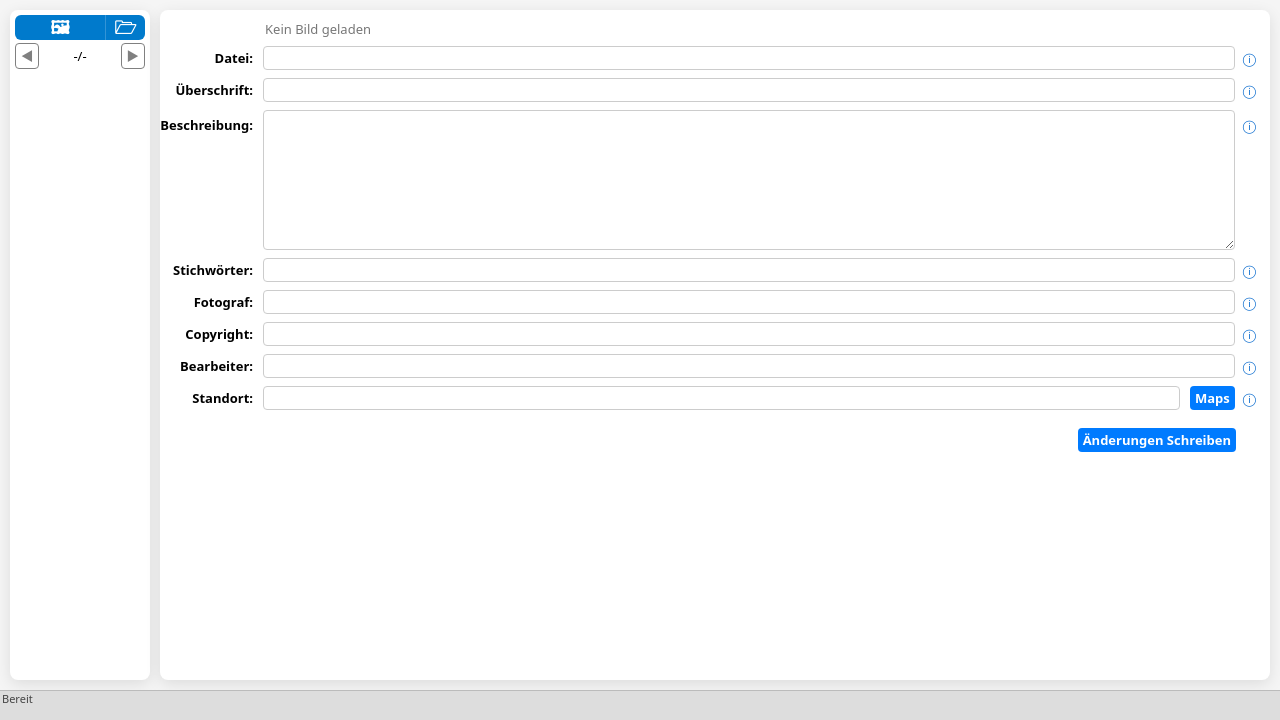
Repository: h-fahle/metadata
Page: ui/index.html
These files come from the project's save history. The page is drawn as it stood at one moment and after the next save; the edit follows.
The browser window is 1280 px wide. The pictures show the whole page.

Above is the page before, as saved 2026-08-22 17:19:16.
Console error: TypeError: Cannot read properties of undefined (reading 'core')

### ui/index.html
<!DOCTYPE html>
<html lang="de">

<head>
	<meta charset="UTF-8">
	<title>Tauri ExifTool Test</title>
	<script src="script.js" defer></script>
	<link rel="stylesheet" href="style.css">
</head>

<body>

	<main id="main-container">

		<!-- Das Vorschaubild links -->
		<aside id="sidebar">

			<!-- <button id="file-open" onclick="waehleUndLadeBilder()">Datei öffnen</button> -->
			<div class="split-button-container">
				<!-- isFolder = false, selectMultiple = true -->
				<button class="open-files" onclick="waehleUndLadeBilder(false, true)">&#128444;</button>
				<!-- isFolder = true, selectMultiple = false -->
				<button class="open-folder" onclick="waehleUndLadeBilder(true, false)">&#x1F5C1;</button>
			</div>

			<div id="nav">
				<button class="blaettern" onclick="blaettern(-1)">◄</button>
				<span id="img-nummer">-/-</span>
				<button class="blaettern" onclick="blaettern(1)">►</button>
			</div>

			<!--<select id="menue-oeffnen" onchange="menueAktion(this)" >
				<option value="dateien">🖼️ Bilder öffnen...</option>
				<option value="ordner">📁 Ordner öffnen...</option>
			</select>
 -->
			<img id="vorschau-bild" src="" style="display:none;" />
			<div id="bild-info" style="text-align:center;">
				<span id="img-datum"></span><br>
				<span id="img-groesse"></span>
			</div>
		</aside>

		<!-- Das Formular rechts -->
		<section id="form-container">

			<div id="ordner-pfad">Kein Bild geladen</div>

			<div class="form-row">
				<label for="filename">Datei:</label>
				<input type="text" id="filename" name="filename" style="font-weight:bold;"/>
				<div class="tooltip-container">
					<span class="info-icon">ⓘ</span>
					<div class="tooltip-box">Im Einzelmodus: Änderung des Dateinamens bewirkt Umbenennung der Datei.
						Im Stapelmodus: Ordnername is nicht änderbar.!
					</div>
				</div>
			</div>

			<div class="form-row">
				<label for="caption">Überschrift:</label>
				<input type="text" id="caption" name="caption" />
				<div class="tooltip-container">
					<span class="info-icon">ⓘ</span>
					<div class="tooltip-box">Auch: (Dokument-)Titel, Schlagzeile, Headline
					</div>
				</div>
			</div>

			<div class="form-row form-row-top">
				<label for="description">Beschreibung:</label>
				<textarea id="description" name="description"></textarea>
				<div class="tooltip-container">
					<span class="info-icon">ⓘ</span>
					<div class="tooltip-box">Beschreibender Text in beliebiger Länge.
						(Im Stapelmodus wird der eingegebene Text
						&nbsp;&nbsp; an vorhandenen angehängt.)
						Hinweis: Einige Programme zeigen nur 2.000 Zeichen
						&nbsp;&nbsp; oder auch weniger an.
					</div>
				</div>
			</div>

			<div class="form-row">
				<label for="keywords">Stichwörter:</label>
				<input type="text" id="keywords" name="keywords" />
				<div class="tooltip-container">
					<span class="info-icon">ⓘ</span>
					<div class="tooltip-box">Komma-separierte Liste. Groß-/Kleinschreibung beachten.
						Im Stapelmodus werden die eingegebenen Stichwörter
						&nbsp;&nbsp; an vorhandene angehängt.
					</div>
				</div>
			</div>

			<div class="form-row">
				<label for="creator">Fotograf:</label>
				<input type="text" id="creator" name="creator" />
				<div class="tooltip-container">
					<span class="info-icon">ⓘ</span>
					<div class="tooltip-box">Urheber, Ersteller, Autor
						(Tags: Artitst, Creator, By-line)
					</div>
				</div>
			</div>

			<div class="form-row">
				<label for="copyright">Copyright:</label>
				<input type="text" id="copyright" name="copyright" />
				<div class="tooltip-container">
					<span class="info-icon">ⓘ</span>
					<div class="tooltip-box">Urheberrechtshinweis; enthält in der Regel:
						Name des Fotografen, Aufnahmejahr und Nutzungsrechte;
						(z.B. 'Copyright [1975] [Mustermann], Alle Rechte vorbehalten')
					</div>
				</div>
			</div>

			<div class="form-row">
				<label for="editor">Bearbeiter:</label>
				<input type="text" id="editor" name="editor" />
				<div class="tooltip-container">
					<span class="info-icon">ⓘ</span>
					<div class="tooltip-box">Verfasser der Metadaten
						(Tags: Caption Writer, Writer Editor)
					</div>
				</div>
			</div>

			<div class="form-row">
				<label for="position">Standort:</label>
				<input type="text" id="position" name="position" />
				<button type="button" onclick="zeigeMaps(event)" style="background: #007BFF;">Maps</button>
				<div class="tooltip-container">
					<span class="info-icon">ⓘ</span>
					<div class="tooltip-box">GPS-Koordinaten in Dezimalgrad (51.49129, 8.43317).
						Ermitteln der Koordinaten in der Google Maps-Karte:
						&nbsp; 1. mit rechter Maustaste auf den Standort klicken,
						&nbsp; 2. auf die angezeigten Koordinaten klicken,
						&nbsp; 3. der so gespeicherte Wert kann dann mit Strg+V
						&nbsp;&nbsp;&nbsp;&nbsp;&nbsp;&nbsp; kopiert werden."
					</div>
				</div>
			</div>

			<!-- Button-Leiste -->
			<div class="button-group">
				<button type="button" onclick="exifSchreiben(event)" style="background: #007BFF;">Änderungen
					Schreiben</button>
			</div>

		</section> <!-- Ende der form-containers-->
	</main> <!-- Ende des main-containers -->

	<footer id="statusleiste">
		<div id="status-text">
			Bereit
		</div>
	</footer>


</body>

</html>

### ui/script.js
let aktuellerBildPfad = "";
let bilderListe = [];
let aktuellerIndex = -1;
let status = document.getElementById('statusleiste');
let stapelmodus = 0;

const invoke = window.__TAURI__.core.invoke;

function zeigeStatus(nachricht) {
    status.innerText = nachricht;
}

async function dateiAuswählen() {
    try {
        const ergebnis = await invoke('plugin:dialog|open', {
            options: {
                title: 'Bilddatei für ExifTool auswählen',
                directory: false,
                multiple: false,
                filters: [
                    { name: 'Bilder', extensions: ['jpg', 'jpeg', 'png', 'gif', 'tif', 'tiff', 'webp', 'avif', 'heic', 'heif'] }
                ]
            }
        });

        if (ergebnis) {
            const pfad = typeof ergebnis === 'object' ? ergebnis[0] : ergebnis;
            aktuellerBildPfad = pfad;

            // Bilderliste des Ordners auslesen
            await ladeOrdnerBilder(pfad);

            // Metadaten für das aktuelle Bild einlesen
            exifAuslesen();
        }
    } catch (fehler) {
        zeigeStatus("Dialog-Fehler: " + fehler);
    }
}

 async function ladeOrdnerBilder(pfad) {
    try {
        bilderListe = await invoke('hole_ordner_bilder', { dateipfad: pfad });
        // Finde den Index des gewünschten Bildes in der sortierten Liste
        if (aktuellerBildPfad) {
            aktuellerIndex = bilderListe.indexOf(aktuellerBildPfad);
        } else if (bilderListe.length > 0) {
            aktuellerIndex = 0; // Fallback: Erstes Bild anzeigen
        }
    } catch (fehler) {
        zeigeStatus(fehler);
    }
}

async function waehleUndLadeBilder(isFolder = false, selectMultiple = false) {
    try {
        // 1. Der EINE Dialog öffnet sich.
        // Dank 'multiple: true' kann der Nutzer EIN Bild ODER VIELE Bilder markieren.
        const auswahl = await window.__TAURI__.dialog.open({
            directory: isFolder,
            multiple: selectMultiple,
            filters: [
                { name: 'Bilder', extensions: ['jpg', 'jpeg', 'png', 'gif', 'tif', 'tiff', 'webp', 'avif', 'heic', 'heif'] }
            ]
        });


        // 1. Nutzer hat den Dialog geschlossen/abgebrochen
        if (auswahl === null) {
            return [];
        }
        if (isFolder) {
            stapelmodus = 2  // Ordner
        } else {
            if (auswahl.length === 1) {
                stapelmodus = 0;  // Einzelmodus
            } else {
                stapelmodus = 1  // mehrere Dateien
            }
        }

        // 2. Prüfen, ob der Nutzer nicht auf "Abbrechen" geklickt hat
        if (stapelmodus === 0) {
            // Einzelmodus
            // Tauri gibt uns IMMER ein Array zurück, egal ob 1 oder 10 Dateien gewählt wurden.
            // Wir merken uns die erste Datei aus der Auswahl als Startbild.
            const startBild = auswahl[0];

            // 3. Wir schicken das Array direkt an Rust
            bilderListe = await invoke('hole_ordner_bilder', { dateipfad: startBild });

            // 4. Wir finden den Index des Startbildes in der sortierten Liste
            aktuellerIndex = bilderListe.indexOf(startBild);

            aktuellerBildPfad = startBild;
            exifAuslesen();

        } else if (stapelmodus === 1) {
            // mehrere ausgewählte Bilder
            stapelmodus = 1;
            bilderListe = auswahl;
            zeigeStatus(`${bilderListe.length} Bilder erfolgreich geladen.`);
        } else {
            // Ordner
            zeigeStatus(auswahl)
        }
    } catch (fehler) {
        zeigeStatus("Fehler beim Laden der Bilder: " + fehler);
    }
}

async function oeffneBilderDialog() {
    try {
        const ausgewaehltePfade = await window.__TAURI__.dialog.open({
            multiple: true, // Erlaubt dem Nutzer, mehrere Dateien zu markieren
            directory: false,
            filters: [{ name: 'Bilder', extensions: ['jpg', 'jpeg', 'png', 'webp'] }]
        });

        // Wenn der Nutzer nicht abgebrochen hat
        if (ausgewaehltePfade && ausgewaehltePfade.length > 0) {
            // Wir nehmen das erste Bild aus der Auswahl als Startbild
            const erstesBild = ausgewaehltePfade[0];

            // Aufruf Ihrer angepassten Funktion
            await ladeOrdnerBilder(ausgewaehltePfade, erstesBild);
        }
    } catch (fehler) {
        zeigeStatus("Dialog-Fehler: " + fehler);
    }
}

function blaettern(richtung) {
    if (bilderListe.length === 0) return;
    if (richtung > 0) {
        aktuellerIndex = (aktuellerIndex + 1) % bilderListe.length;
    } else {
        aktuellerIndex = (aktuellerIndex - 1 + bilderListe.length) % bilderListe.length;
    }
    aktuellerBildPfad = bilderListe[aktuellerIndex];
    exifAuslesen();
}

async function exifAuslesen() {
    const pfad = aktuellerBildPfad;
    const vorschauImg = document.getElementById("vorschau-bild");

    zeigeStatus("Rufe ExifTool auf...");

    try {
        // 1. Metadaten über Rust holen
        const jsonText = await invoke('lese_bild_metdaten', { dateipfad: pfad });
        const datenObjekt = JSON.parse(jsonText)[0]; 	// Das 1. JSON-Objekt im JSON-Array in JS-Objekt umwandeln

        if (bilderListe.length > 0) {
            document.getElementById('img-nummer').innerText = `${aktuellerIndex + 1}/${bilderListe.length}`;
        } else {
            document.getElementById('img-nummer').innerText = '0/0';
        }

        let aufnahmeDatum = datenObjekt.DateTimeOriginal;
        if (typeof aufnahmeDatum === 'undefined') aufnahmeDatum = '---';

        document.getElementById('img-datum').innerText = '\u{1F4F7} ' + aufnahmeDatum || '';
        document.getElementById('img-groesse').innerText = '⤢ ' + datenObjekt.ImageSize || '';

        document.getElementById('filename').value = datenObjekt.FileName || '';
        document.getElementById('caption').value = datenObjekt.CMB_Caption || '';
        document.getElementById('description').value = datenObjekt.Description || '';
        document.getElementById('keywords').value = datenObjekt.Keywords || '';
        document.getElementById('creator').value = datenObjekt.Creator || '';
        document.getElementById('copyright').value = datenObjekt.Copyright || '';
        document.getElementById('editor').value = datenObjekt.CMB_Editor || '';
        document.getElementById('position').value = datenObjekt.GPSPosition || '';

        const vollerPfad = pfad;
        // Erkennt automatisch Linux-Schrägstriche (/) und Windows-Backslashes (\)
        const letzterSlash = Math.max(vollerPfad.lastIndexOf('/'), vollerPfad.lastIndexOf('\\'));
        let ordner = "Unbekannt";
        if (letzterSlash !== -1) {
            ordner = vollerPfad.substring(0, letzterSlash);
        }
        // Den berechneten Ordnerpfad in das neue Label schreiben
        document.getElementById('ordner-pfad').innerText = ordner;

        // Wir nehmen das erste Element der Liste (ExifTool liefert immer ein Array)
        zeigeStatus(jsonText);

        // Wir fragen Rust nach dem besten Weg für das Bild
        const vorschauErgebnis = await invoke('hole_vorschaubild', { dateipfad: pfad });

        if (vorschauErgebnis === "STANDARD") {
            // Normales JPG/PNG über das Asset-Protokoll
            const assetUrl = window.__TAURI__.core.convertFileSrc(pfad);
            vorschauImg.src = assetUrl + "?t=" + new Date().getTime();
        } else if (vorschauErgebnis.startsWith("data:[embedded picture, 23 characters]")) {
            // TIF/TIFF über den im RAM kompilierten Rust-Wandler
            vorschauImg.src = vorschauErgebnis;
        }

        vorschauImg.style.display = "block";

    } catch (fehler) {
        zeigeStatus("Fehler: " + fehler);
        vorschauImg.style.display = "none";
    }
}

async function zeigeMaps(event) {
    event.preventDefault()
    let gps = document.getElementById('position').value;

    try {
        // Ruft direkt unsere eigene, sichere Rust-Funktion auf
        await invoke('oeffne_maps_browser', {
            gpsString: gps
        });
    } catch (fehler) {
        zeigeStatus(fehler);
    }
}

async function exifSchreiben(ereignis) {
    if (ereignis) ereignis.preventDefault();  // verbietet dem Browser den automatischen Seiten-Reset!

    if (aktuellerBildPfad === "") return;

    zeigeStatus("Speichere Daten über ExifTool...");

    // Wir sammeln alle aktuellen Werte aus den Eingabefeldern ein
    const daten = {
        dateipfad: aktuellerBildPfad,
        filename: document.getElementById('filename').value,
        caption: document.getElementById('caption').value,
        description: document.getElementById('description').value,
        keywords: document.getElementById('keywords').value.split(',').map(s => s.trim()).join(', '),
        creator: document.getElementById('creator').value,
        copyright: document.getElementById('copyright').value,
        editor: document.getElementById('editor').value,
        gps: document.getElementById('position').value
    };

    try {
        // Wir schicken das gesamte Paket an die Rust-Funktion 'schreibe_bild_metdaten'
        const antwort = await invoke('schreibe_bild_metdaten', daten);

        // Bei Erfolg zeigen wir die Meldung in grüner Schrift an
        zeigeStatus(antwort);

        // 2. Da der Pfad dank preventDefault() jetzt bombenfest im Feld stehen bleibt,
        // funktioniert das Neuladen nun augenblicklich und fehlerfrei!
        await exifAuslesen();

    } catch (fehler) {
        // Falls etwas schiefgeht (z.B. Datei schreibgeschützt), zeigen wir den Fehler an
        zeigeStatus(fehler);
    }
}

### ui/style.css
:root {
	--app-font: system-ui, -apple-system, "Segoe UI", Roboto, Helvetica, Arial, sans-serif;
	--app-font-size: 13px;
}

/* 1. Das App-Fenster exakt auf 100% fixieren (kein äußeres Scrollen) */
html, body {
	margin: 0;
	padding: 0;
	height: 100vh;
	width: 100vw;
	overflow: hidden; /* Verhindert jegliche äußere Scrollbalken */
	background: #f5f5f5;
	display: flex;
	flex-direction: column; /* Hauptinhalt oben, Statusleiste unten */
	font-family: var(--app-font);
	font-size: var(--app-font-size);
}

input,
textarea,
button,
select {
	font-family: var(--app-font) !important;
	font-size: var(--app-font-size) !important;
}

/* Allumfassender Box-Sizing-Fix für die gesamte App */
*, *::before, *::after {
	box-sizing: border-box;
}

/* 2. Der Hauptbereich füllt den gesamten oberen Platz aus --------------------------- */
#main-container {
	flex: 1;
	display: flex;
	flex-direction: row; /* Elemente nebeneinander */
	gap: 10px;
	padding: 10px;
	overflow: hidden; /* Verhindert, dass Riesen-Inhalte das Fenster sprengen */
}

/* 3. LINKS: Die Sidebar mit fester Breite */
#sidebar {
	width: 140px;
	min-width: 140px; /* Lässt die Sidebar niemals schrumpfen */
	background-color: #ffffff;
	border-radius: 8px;
	padding: 5px;
	box-shadow: 0 4px 15px rgba(0, 0, 0, 0.1);
}

div#nav {
	width: 130px;
	display: flex;
	justify-content: space-between;
	align-items: center;
	margin-bottom: 10px;
}

#vorschau-bild {
	width: 130px;
	height: auto;
	border: 1px outset gray;
}

/* 4. RECHTS: Das Formular nimmt den gesamten Rest ein und wächst mit */
#form-container {
	flex: 1; /* Nimmt 100% des restlichen Platzes ein */
	min-width: 0; /* Erlaubt Flexbox, die Box bei Bedarf zu verkleinern */
	background-color: #ffffff;
	border-radius: 8px;
	padding: 10px;
	display: flex;
	flex-direction: column;
	gap: 8px;
	box-shadow: 0 4px 15px rgba(0, 0, 0, 0.1);
}

#ordner-pfad {
	margin-left: 95px !important;
	color: #777777;
}

/* Jede Zeile wird zu einer horizontalen Flexbox */
.form-row {
	display: flex !important;
	flex-direction: row;
	align-items: center; /* Richtet Label und Input vertikal mittig zueinander aus */
	gap: 10px;           /* Abstand zwischen Label und Input */
	width: 100%;
}

/* Die Labels bekommen eine feste Breite, damit alle Inputs sauber untereinander starten */
.form-row label {
	width: 95px;         /* Breite je nach längstem Label-Text anpassen */
	min-width: 95px;     /* Verhindert, dass das Label zusammengedrückt wird */
	text-align: right;   /* Optional: Richtet den Text rechtsbündig zum Input aus */
	font-weight: bold;
	margin-left: -12px;
}

/* Die Eingabefelder füllen jetzt den gesamten restlichen Platz der Zeile aus */
.form-row input,
.form-row textarea {
	flex: 1;             /* Zwingt das Input-Feld, den Rest der Zeile einzunehmen */
	width: 100%;
	min-width: 0;        /* Erlaubt dem Input, bei sehr kleinen Fenstern stabil zu schrumpfen */
	border: 1px solid #ccc;
	border-radius: 4px;
	padding: 2px;
	-webkit-font-smoothing: antialiased;
}
.form-row textarea {
	min-height: 140px;
}

/* Ändert die Ausrichtung für die Textarea-Zeile nach oben */
.form-row-top {
	align-items: flex-start !important; /* Richtet Label, Textarea und Icon oben aus */
}
.form-row-top label,
.form-row-top .tooltip-container {
	padding-top: 6px; /* Verhindert, dass das Label zu weit oben klebt */
}


/* 5. UNTEN: Die Statusleiste mit fixer Höhe und eigenem Scrollbalken */
#statusleiste {
	height: 30px;  /* Feste Höhe für ca. 2 Zeilen Text */
	min-height: 30px;
	border-top: 1px solid #bbb;
	background-color: #ddd;
	font-size: 11px;
	color: #444;
	padding: 0 2px;
	overflow-y: auto;  /* Vertikaler Scrollbalken erscheint NUR bei Bedarf */
	overflow-x: hidden;  /* Verhindert horizontales Scrollen in der Statusleiste */
	-webkit-font-smoothing: antialiased;
}


/* Bedien-Elemente -------------------------------------------- */
button {
	padding: 3px 5px;
	font-weight: bold;
	cursor: pointer;
	background: #28a745;
	color: white;
	border: none;
	border-radius: 4px;
}

/* Container hält die Buttons und das Dropdown zusammen */
.split-button-container {
	display: inline-flex;
	position: relative;
	width:130px; height: 25px;
	margin-bottom: 3px;
}
.open-files,
.open-folder {
	background-color: #007acc;
	color: white;
	border: none;
	border-radius: 0;
	padding: 0;
	font-size: 18px !important;
	cursor: pointer;
	transition: background-color 0.2s;
}
.open-files:hover,
.open-folder:hover {
	background-color: #0062a3;
}
.open-files {
	width: 70%;
	border-top-left-radius: 6px;
	border-bottom-left-radius: 6px;
	border-right: 1px solid rgba(255, 255, 255, 0.2); /* Feine Trennlinie */
}
.open-folder {
	width: 30%;
	font-weight: bold;
	border-top-right-radius: 6px;
	border-bottom-right-radius: 6px;
}


button.blaettern {
	border: 1px solid gray;
	color: gray;
	background-color: white;
}

/* Der Absendeknopf richtet sich nach den Eingabefeldern aus */
.button-group {
	display: flex;
	justify-content: flex-end;
	margin: 10px 24px 0 0;
}

.button-group button {
	margin-left: 5px;
}

select {
	-moz-appearance: none;
	-webkit-appearance: none;
	appearance: none;
	border: none;
	border-radius: 4px;
	background: #28a745;
	color: white;
	width: 120px;
}


/* Tooltip ---------------------------------------------------------- */

/* Container für das Icon und die Box */
.tooltip-container {
	position: relative; /* Wichtig, damit sich die Box am Icon ausrichtet */
	display: inline-flex;
	align-items: center;
	cursor: help;       /* Zeigt das Fragezeichen/Hilfe-Symbol als Mauszeiger */
	margin-left: -6px;
}

/* Das Info-Icon selbst */
.info-icon {
	color: #0066cc;     /* Schönes Info-Blau */
	padding: 0 4px;
	font-size: 13px;
}

/* Die selbstdefinierte Tooltip-Box (Standardmäßig versteckt) */
.tooltip-box {
	position: absolute;
	bottom: 125%;       /* Platziert die Box direkt ÜBER dem Icon */
	right: 0;           /* Richtet die Box am rechten Rand des Icons aus */

	width: max-content;
	max-width: 400px;      /* Verhindert, dass der Tooltip bei sehr viel Text das Fenster sprengt */
	white-space: pre-line;

	background-color: lightyellow;
	color: black;
	border: 1px solid gray;
	padding: 2px 4px;
	border-radius: 6px;
	font-size: 11px;
	line-height: 1.4;
	box-shadow: 0 4px 10px rgba(0, 0, 0, 0.2);
	z-index: 1001;      /* Über der Statusleiste (1000), falls sie sich überschneiden */

	/* Animation & Verstecken */
	opacity: 0;
	visibility: hidden;
	transition: opacity 0.2s ease-in-out, visibility 0.2s;
	pointer-events: none; /* Verhindert, dass die Box beim unabsichtlichen Drüberfahren flackert */
}

/* Der kleine Pfeil unten an der Tooltip-Box (Optional) */
.tooltip-box::after {
	content: "";
	position: absolute;
	top: 100%;          /* Am unteren Rand der Box */
	right: 8px;         /* Ausrichtung passend zum Icon */
	border-width: 5px;
	border-style: solid;
	border-color: #333333 transparent transparent transparent;
}

/* HOVER-EFFEKT: Wenn man über das Icon ODER den Container fährt, wird die Box sichtbar */
.tooltip-container:hover .tooltip-box {
	opacity: 1;
	visibility: visible;
}

After the next save:
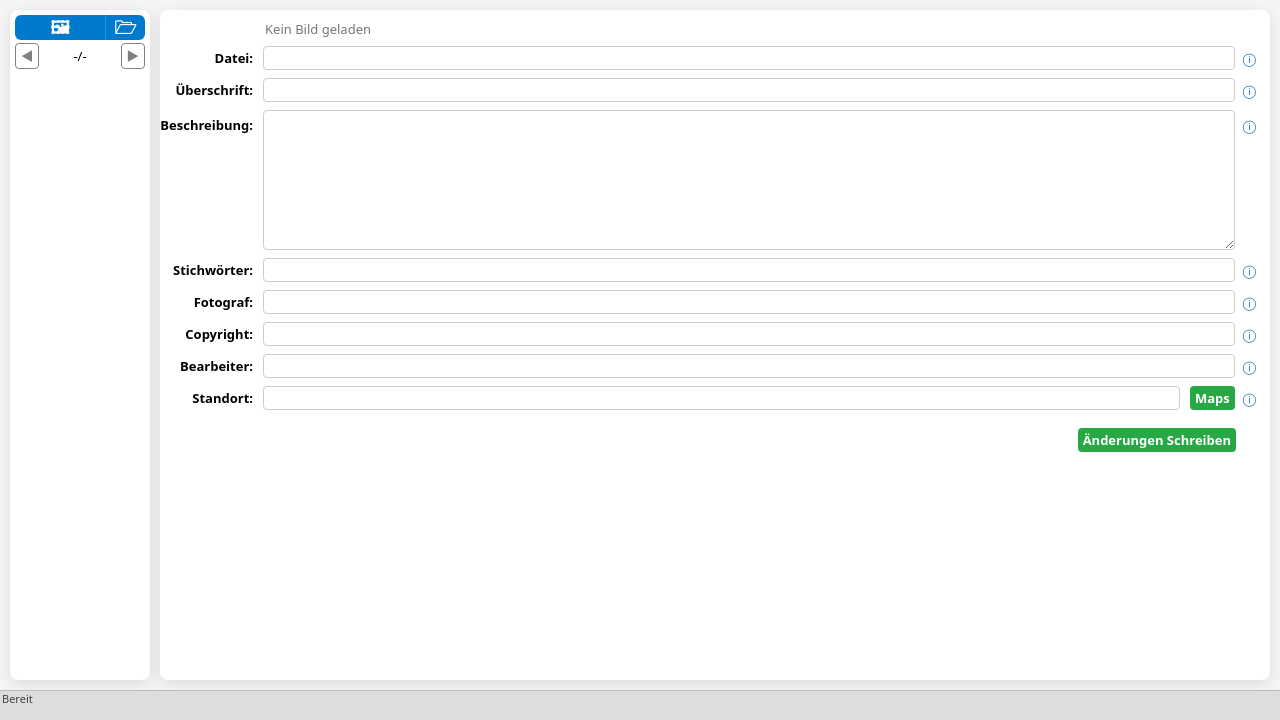
Saved 7 min 51 s later.
--- a/ui/index.html
+++ b/ui/index.html
@@ -130,7 +130,7 @@
 			<div class="form-row">
 				<label for="position">Standort:</label>
 				<input type="text" id="position" name="position" />
-				<button type="button" onclick="zeigeMaps(event)" style="background: #007BFF;">Maps</button>
+				<button type="button" onclick="zeigeMaps(event)">Maps</button>
 				<div class="tooltip-container">
 					<span class="info-icon">ⓘ</span>
 					<div class="tooltip-box">GPS-Koordinaten in Dezimalgrad (51.49129, 8.43317).
@@ -145,7 +145,7 @@
 
 			<!-- Button-Leiste -->
 			<div class="button-group">
-				<button type="button" onclick="exifSchreiben(event)" style="background: #007BFF;">Änderungen
+				<button type="button" onclick="exifSchreiben(event)">Änderungen
 					Schreiben</button>
 			</div>
 
